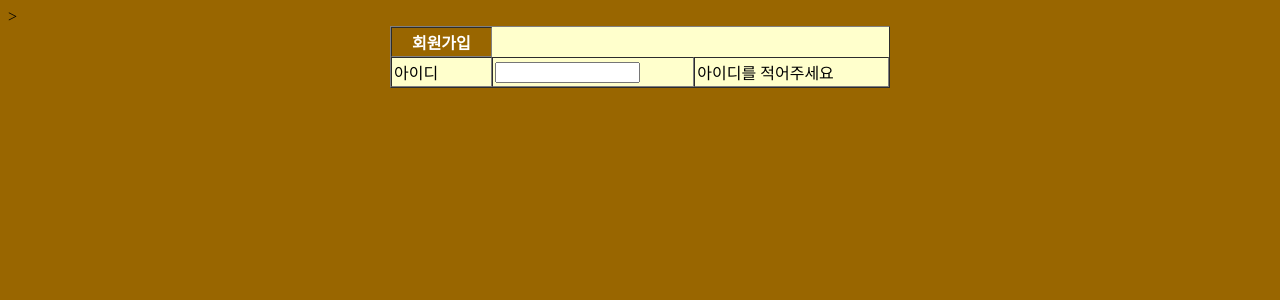
Repository: kimwoongasd/JSPAndServlet
Page: http://localhost/day1226/member.jsp
The author's editor kept a copy of each file at every save. The page is drawn from the files as they stood at one save, then again after the next save.
The browser window is 1280 px wide. The pictures show the whole page.
The page is served by Tomcat 9. Other server files are loaded and not shown.

Above is the page before, as saved 2023-12-26 00:34:27.

### day1226/src/main/webapp/member.jsp
<%@ page language="java" contentType="text/html; charset=UTF-8"
    pageEncoding="UTF-8"%>
<!DOCTYPE html>
<html>
<head>
<meta charset="UTF-8">
<title>Insert title here</title>
</head>
<body bgcolor="#996600">
	<table width="500" align="center" cellpadding="0" cellspacing="0">
		<tr>
			<td align="center" valign="middle" bgcolor="#ffffcc">
				<table border="1" cellpadding="2" cellspacing="0" align="center">
					<form name="regForm" method="post" action="memberProc.jsp">
						<tr align="center" bgcolor="#996600">
							<td>
								<font color="#ffffff"><b>회원가입</b></font>
							</td>
						</tr>
						<tr>
							<td width="100">아이디</td>
							<td width="200">
								<input type="text" name="id" size="15">
							</td>
							<td width="200">아이디를 적어주세요</td>
						</tr>
					</form>
				</table>
			</td>
		</tr>>
	</table>
</body>
</html>

After the next save:
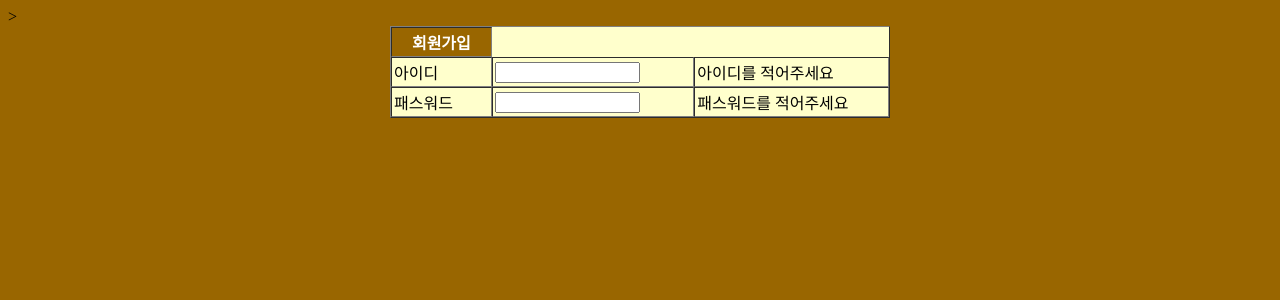
Saved 103 s later.
--- a/day1226/src/main/webapp/member.jsp
+++ b/day1226/src/main/webapp/member.jsp
@@ -24,6 +24,14 @@
 							</td>
 							<td width="200">아이디를 적어주세요</td>
 						</tr>
+
+						<tr>
+							<td width="100">패스워드</td>
+							<td width="200">
+								<input type="password" name="pwd" size="15">
+							</td>
+							<td width="200">패스워드를 적어주세요</td>
+						</tr>
 					</form>
 				</table>
 			</td>
